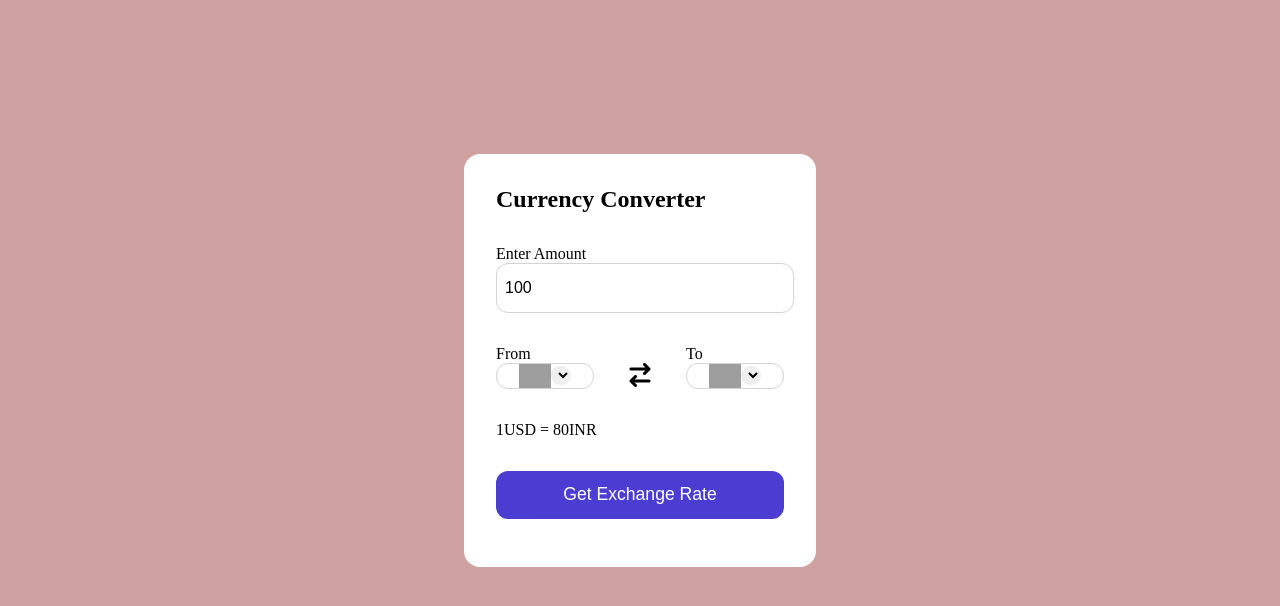
Repository: Chiranshukapil/Currency-Converter
Page: index.html
The author's editor kept a copy of each file at every save. The page is drawn from the files as they stood at one save, then again after a run of saves.
The browser window is 1280 px wide. The pictures show the whole page.
Pictures or frames that could not be fetched are drawn as grey boxes.

Above is the page before, as saved 2024-07-01 07:06:49.
Console error: SyntaxError: Missing initializer in const declaration

### index.html
<!DOCTYPE html>
<html lang="en">
    <head>
        <meta charset="UTF-8">
        <meta name="viewport" content="width=device-width, initial-scale=1.0">
        <title>Currency Converter</title>
        <link rel="stylesheet" href="style.css">
        <link rel="stylesheet" href="https://cdnjs.cloudflare.com/ajax/libs/font-awesome/6.5.2/css/all.min.css" integrity="sha512-SnH5WK+bZxgPHs44uWIX+LLJAJ9/2PkPKZ5QiAj6Ta86w+fsb2TkcmfRyVX3pBnMFcV7oQPJkl9QevSCWr3W6A==" crossorigin="anonymous" referrerpolicy="no-referrer" />
    </head>
    <body>
        <div class="container">
            <h2>Currency Converter</h2>
            <form>
                <div class="amount">
                    <p>Enter Amount</p>
                    <input value="100" type="text">
                </div>
                <div class="dropdown">
                    <div class="from">
                        <p>From</p>
                        <div class="select-container">
                            <img src="https://flagsapi.com/US/flat/64.png">
                            <select name="from"></select>
                        </div>
                    </div>
                    <i class="fa-solid fa-arrow-right-arrow-left"></i>
                    <div class="to">
                        <p>To</p>
                        <div class="select-container">
                            <img src="https://flagsapi.com/IN/flat/64.png">
                            <select name="to"></select>
                        </div>
                    </div>
                </div>
                <div class="msg">1USD = 80INR</div>
                <button>Get Exchange Rate</button>
            </form>
        </div>
        <script src="codes.js"></script>
        <script src="script.js"></script>
    </body>
</html>

### style.css
*{
    margin: 0;
    padding: 0;
}

html,body{
    height: 100%;
    width: 100%;
    display: flex;
    flex-direction: column;
    align-items: center;
    justify-content: center;
    background-color: rgb(207, 161, 161);
}
.container{
    /* display: flex;
    flex-direction: column;
    text-align: center;
    align-items: center;
    justify-content: center; */
    background-color: white;
    padding: 2rem;
    border-radius: 1rem;
    min-height: 45vh;
    width: 40vh;
}

form{
    margin: 2rem 0 1rem 0;
}

form select,button,input{
    width: 100%;
    border: none;
    outline: none;
    border-radius: 0.75rem;
}

form input{
    border: 1px solid lightgray;
    font-size: 1rem;
    height: 3rem;
    padding-left: 0.5rem;
}

.dropdown{
    display: flex;
    justify-content: space-between;
    align-items: center;
    margin-top: 2rem;
}

.dropdown i{
    font-size: 1.5rem;
    margin-top: 1rem;
}

.select-container img{
    max-width: 2rem;
}

.select-container{
    display: flex;
    justify-content: center;
    align-items: center;
    width: 6rem;
    border-radius: 0.75rem;
    border: 1px solid lightgray;
}

.select-container select{
    font-size: 1rem;
    width: auto;
    cursor: pointer;
}

.msg{
    margin: 2rem 0;
}

form button{
    height: 3rem;
    cursor: pointer;
    font-size: 1.1rem;
    color: white;
    background-color: rgb(76, 61, 210);
}

### codes.js
const countryList = {
    AED: "AE",
    AFN: "AF",
    XCD: "AG",
    ALL: "AL",
    AMD: "AM",
    ANG: "AN",
    AOA: "AO",
    AQD: "AQ",
    ARS: "AR",
    AUD: "AU",
    AZN: "AZ",
    BAM: "BA",
    BBD: "BB",
    BDT: "BD",
    XOF: "BE",
    BGN: "BG",
    BHD: "BH",
    BIF: "BI",
    BMD: "BM",
    BND: "BN",
    BOB: "BO",
    BRL: "BR",
    BSD: "BS",
    NOK: "BV",
    BWP: "BW",
    BYR: "BY",
    BZD: "BZ",
    CAD: "CA",
    CDF: "CD",
    XAF: "CF",
    CHF: "CH",
    CLP: "CL",
    CNY: "CN",
    COP: "CO",
    CRC: "CR",
    CUP: "CU",
    CVE: "CV",
    CYP: "CY",
    CZK: "CZ",
    DJF: "DJ",
    DKK: "DK",
    DOP: "DO",
    DZD: "DZ",
    ECS: "EC",
    EEK: "EE",
    EGP: "EG",
    ETB: "ET",
    EUR: "FR",
    FJD: "FJ",
    FKP: "FK",
    GBP: "GB",
    GEL: "GE",
    GGP: "GG",
    GHS: "GH",
    GIP: "GI",
    GMD: "GM",
    GNF: "GN",
    GTQ: "GT",
    GYD: "GY",
    HKD: "HK",
    HNL: "HN",
    HRK: "HR",
    HTG: "HT",
    HUF: "HU",
    IDR: "ID",
    ILS: "IL",
    INR: "IN",
    IQD: "IQ",
    IRR: "IR",
    ISK: "IS",
    JMD: "JM",
    JOD: "JO",
    JPY: "JP",
    KES: "KE",
    KGS: "KG",
    KHR: "KH",
    KMF: "KM",
    KPW: "KP",
    KRW: "KR",
    KWD: "KW",
    KYD: "KY",
    KZT: "KZ",
    LAK: "LA",
    LBP: "LB",
    LKR: "LK",
    LRD: "LR",
    LSL: "LS",
    LTL: "LT",
    LVL: "LV",
    LYD: "LY",
    MAD: "MA",
    MDL: "MD",
    MGA: "MG",
    MKD: "MK",
    MMK: "MM",
    MNT: "MN",
    MOP: "MO",
    MRO: "MR",
    MTL: "MT",
    MUR: "MU",
    MVR: "MV",
    MWK: "MW",
    MXN: "MX",
    MYR: "MY",
    MZN: "MZ",
    NAD: "NA",
    XPF: "NC",
    NGN: "NG",
    NIO: "NI",
    NPR: "NP",
    NZD: "NZ",
    OMR: "OM",
    PAB: "PA",
    PEN: "PE",
    PGK: "PG",
    PHP: "PH",
    PKR: "PK",
    PLN: "PL",
    PYG: "PY",
    QAR: "QA",
    RON: "RO",
    RSD: "RS",
    RUB: "RU",
    RWF: "RW",
    SAR: "SA",
    SBD: "SB",
    SCR: "SC",
    SDG: "SD",
    SEK: "SE",
    SGD: "SG",
    SKK: "SK",
    SLL: "SL",
    SOS: "SO",
    SRD: "SR",
    STD: "ST",
    SVC: "SV",
    SYP: "SY",
    SZL: "SZ",
    THB: "TH",
    TJS: "TJ",
    TMT: "TM",
    TND: "TN",
    TOP: "TO",
    TRY: "TR",
    TTD: "TT",
    TWD: "TW",
    TZS: "TZ",
    UAH: "UA",
    UGX: "UG",
    USD: "US",
    UYU: "UY",
    UZS: "UZ",
    VEF: "VE",
    VND: "VN",
    VUV: "VU",
    YER: "YE",
    ZAR: "ZA",
    ZMK: "ZM",
    ZWD: "ZW",
  };

### script.js
const Base_Url = '';

const dropdowns = document.querySelectorAll(".dropdown select");
const btn = document.querySelector("form button")
const fromcurr = document.querySelector(".from select")
const tocurr = document.querySelector(".to select")
const msg = document.querySelector(".msg")

for(let select of dropdowns){
    for(currcode in countryList){
        let newoption = document.createElement("option");
        newoption.innerText = currcode;
        newoption.value = currcode;
        if(select.name === "from" && currcode === "USD"){
            newoption.selected = 'selected'
        }
        if(select.name === "to" && currcode === "INR"){
            newoption.selected = 'selected'
        }
        select.append(newoption);
    }

    select.addEventListener("change",(e)=>{
        updateflag(e.target);
    });

}

const updateflag = (element) => {
    let currcode = element.value
    let countrycode = countryList[currcode]
    let newsrc = `https://flagsapi.com/${countrycode}/flat/64.png`
    let img = element.parentElement.querySelector('img')
    img.src = newsrc
}

btn.addEventListener("click", async (e)=>{
    e.preventDefault()


})

const updateExchngVal()

After the next 6 saves:
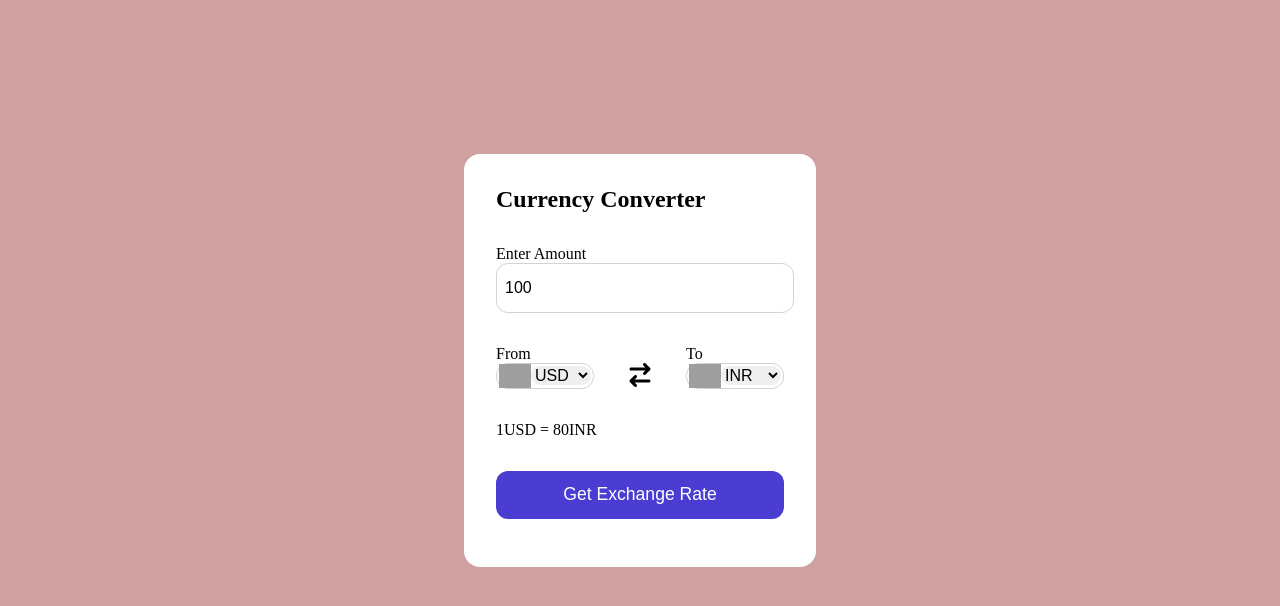
The error is gone.
The 6 saves are shown as one change because they came seconds apart.
The last was saved 18 s later.
--- a/script.js
+++ b/script.js
@@ -40,4 +40,6 @@ btn.addEventListener("click", async (e)=>{
 
 })
 
-const updateExchngVal()
+const updateExchngVal = async ()=>{
+
+}
